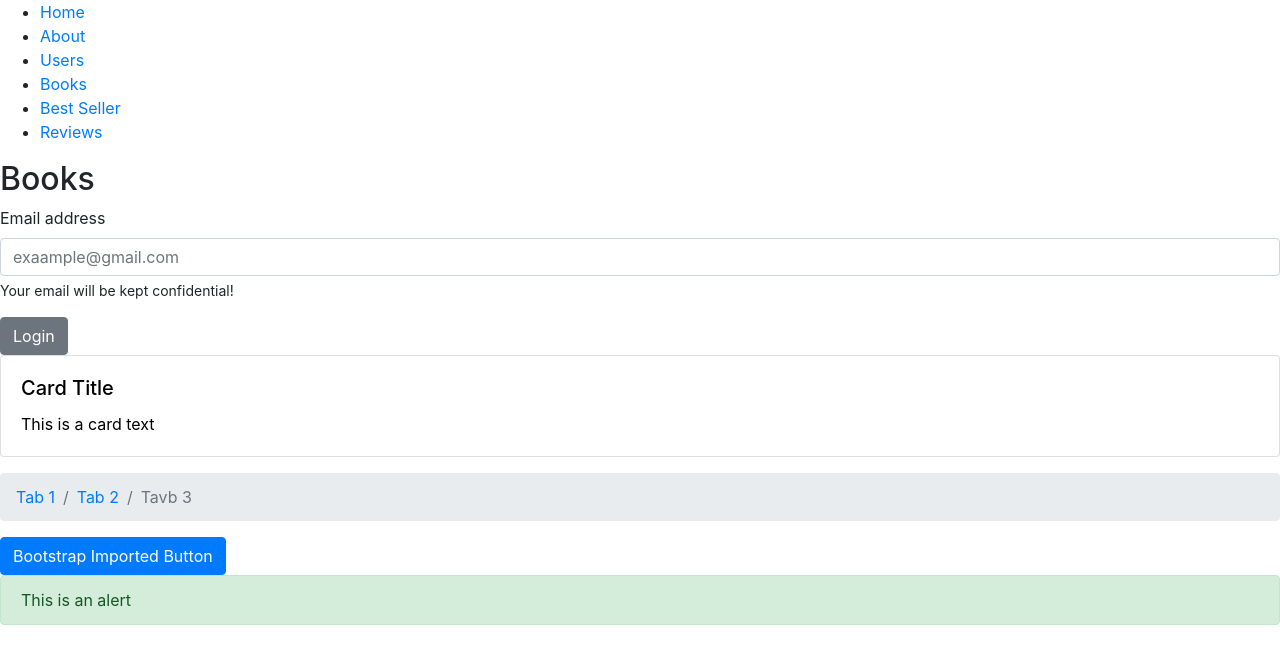
Repository: ebo-arcadia/enjoyou
Page: /books
The author's editor kept a copy of each file at every save. The page is drawn from the files as they stood at one save, then again after the next save.
The browser window is 1280 px wide. The pictures show the whole page.
The project was rebuilt for these pictures with package versions that can differ from the ones it lists, and the page was loaded fresh each time. Also part of the build but not shown: src/App.css.

Above is the page before, as saved 2021-04-19 18:08:11.

After the next save:
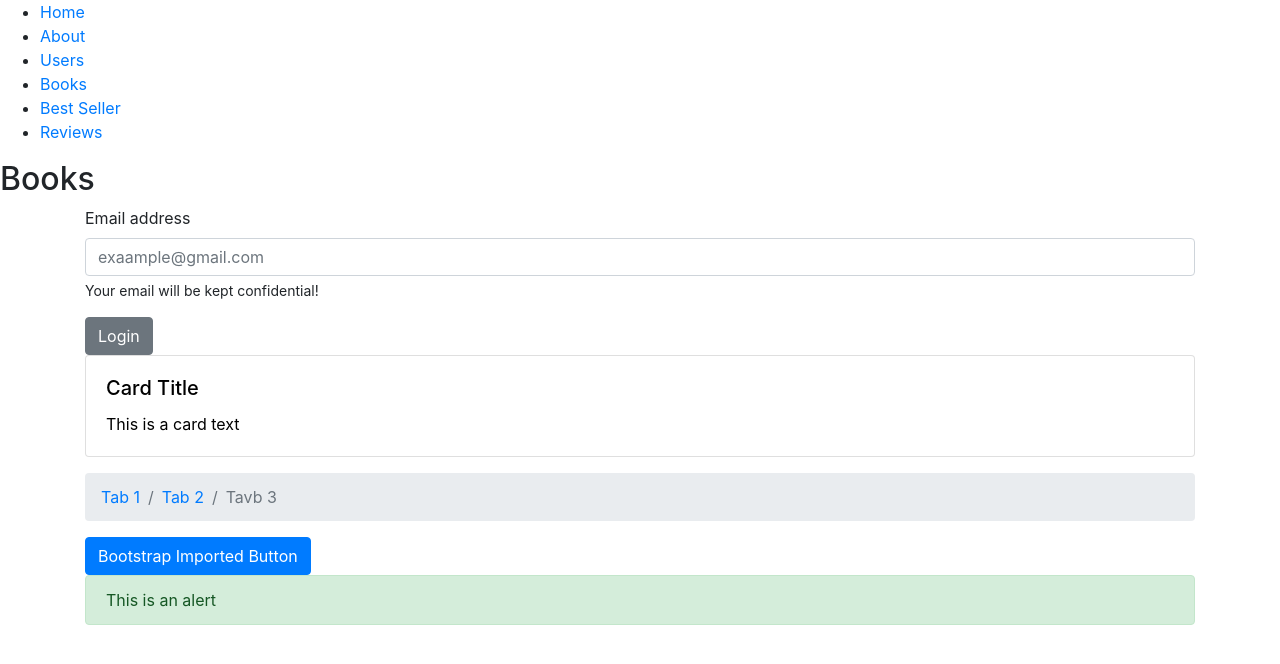
Saved 2 min 27 s later.
--- a/src/App.js
+++ b/src/App.js
@@ -1,7 +1,7 @@
 import React from "react";
 import './App.css';
 import 'bootstrap/dist/css/bootstrap.min.css';
-import { Button, Alert, Breadcrumb, Card, Form } from 'react-bootstrap';
+import { Container, Row, Col, Button, Alert, Breadcrumb, Card, Form } from 'react-bootstrap';
 import { BrowserRouter as Router, Switch, Route, Link } from "react-router-dom";
 
 export default function App() {
@@ -33,33 +33,34 @@ export default function App() {
       </div>
     </Router>
     <header className="App-header">
+      <Container>
+        <Form>
+          <Form.Group controlId="forEmail">
+            <Form.Label>Email address</Form.Label>
+            <Form.Control type="email" placeholder="exaample@gmail.com" />
+            <Form.Text>
+              Your email will be kept confidential!
+            </Form.Text>
+          </Form.Group>
+          <Button variant="secondary" type="submit">Login</Button>
+        </Form>
 
-      <Form>
-        <Form.Group controlId="forEmail">
-          <Form.Label>Email address</Form.Label>
-          <Form.Control type="email" placeholder="exaample@gmail.com" />
-          <Form.Text>
-            Your email will be kept confidential!
-          </Form.Text>
-        </Form.Group>
-        <Button variant="secondary" type="submit">Login</Button>
-      </Form>
+        <Card className="mb-3" style={{ color: "#000"}}>
+          <Card.Img />
+          <Card.Body>
+            <Card.Title>Card Title</Card.Title>
+            <Card.Text>This is a card text</Card.Text>
+          </Card.Body>
+        </Card>
 
-      <Card className="mb-3" style={{ color: "#000"}}>
-        <Card.Img />
-        <Card.Body>
-          <Card.Title>Card Title</Card.Title>
-          <Card.Text>This is a card text</Card.Text>
-        </Card.Body>
-      </Card>
-
-      <Breadcrumb>
-        <Breadcrumb.Item>Tab 1</Breadcrumb.Item>
-        <Breadcrumb.Item>Tab 2</Breadcrumb.Item>
-        <Breadcrumb.Item active>Tavb 3</Breadcrumb.Item>
-      </Breadcrumb>
-      <Button variant="primary">Bootstrap Imported Button</Button>
-      <Alert variant="success">This is an alert</Alert>
+        <Breadcrumb>
+          <Breadcrumb.Item>Tab 1</Breadcrumb.Item>
+          <Breadcrumb.Item>Tab 2</Breadcrumb.Item>
+          <Breadcrumb.Item active>Tavb 3</Breadcrumb.Item>
+        </Breadcrumb>
+        <Button variant="primary">Bootstrap Imported Button</Button>
+        <Alert variant="success">This is an alert</Alert>
+      </Container>
       </header>
     </div>
   );
